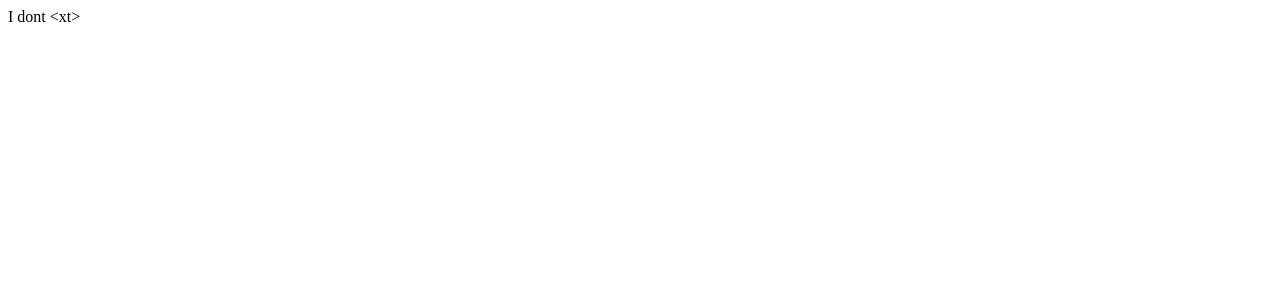
Repository: PankajSutharPersistent/vm-backup
Page: workspaceJavaScript/JSDemo/step26.html
These files come from the project's save history. The page is drawn as it stood at one moment and after the next save; the edit follows.
The browser window is 1280 px wide. The pictures show the whole page.

Above is the page before, as saved 2016-12-30 10:53:01.
Console error: TypeError: document.getELementById is not a function

After the next save:
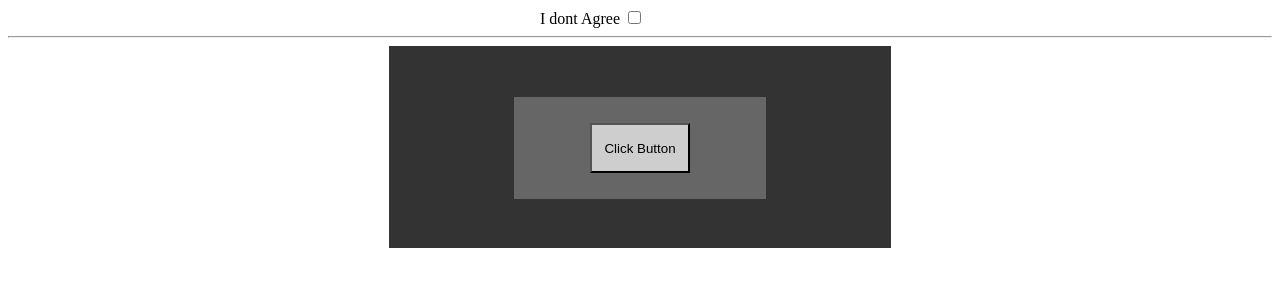
The error is gone.
Saved 5 min 3 s later.
--- a/workspaceJavaScript/JSDemo/step26.html
+++ b/workspaceJavaScript/JSDemo/step26.html
@@ -2,22 +2,68 @@
 <html lang="en">
 <head>
 	<meta charset="UTF-8" />
-	<title>Document</title>
-	<script type="text/javascript" charset="utf-8">
-		window.onload=function(){
-			document.getELementById("clickButton").addEventListener("click",clickhandler);
+	<title>Event Flow</title>
+	<style>
+		.outerbox{
+			width: 500px;
+			height: 200px;
+			background-color: #333333;
+			margin: auto;
+			border: 1px solid transparent;
+		}
+		.innerbox{
+			width: 250px;
+			height: 100px;
+			background-color: #666666;
+			margin: 50px auto;
+			border: 1px solid transparent;
+		}
+		.innerbox button{
+			width: 100px;
+			height: 50px;
+			background-color: #cecece;
+			margin: 25px auto;
+			display: block;
+		}
+		#lab{
+			width: 200px;
+			margin: auto;
+		}
+	</style>
+	<script>
+		window.onload = function(){
+			document.getElementById("outerbox").addEventListener("click", outerBoxClickHandler, true );
+			document.getElementById("outerbox").addEventListener("click", clickHandler, false );
 
+			document.getElementById("innerbox").addEventListener("click", clickHandler, true );
+			document.getElementById("innerbox").addEventListener("click", clickHandler, false );
+
+			document.getElementById("clickbutton").addEventListener("click", clickHandler );
 		};
-
-		function clickhandler(){
-			alert(evt.target.innerHTML)
+		function clickHandler(evt){
+			// alert(evt.target.innerHTML);
+			console.log(evt.currentTarget.id)
+		}
+		function outerBoxClickHandler(evt){
+			// alert(evt.target.innerHTML);
+			if(document.getElementById("cb").checked){
+				evt.stopPropagation();
+				console.log("event was stopped by" + evt.currentTarget.id)
+			}else{
+				console.log(evt.currentTarget.id)
+			}
 		}
 	</script>
 </head>
 <body>
 	<div id="lab">
-		<lable>I dont <<inpu>x</inpu>t></input></lable>
-
+		<label>I dont Agree <input id="cb" type="checkbox" /></label>
+	</div>
+	<hr/>
+	<div id="outerbox" class="outerbox">
+		<div id="innerbox" class="innerbox">
+			<button id="clickbutton">Click Button</button>
+		</div>
 	</div>
 </body>
 </html>
